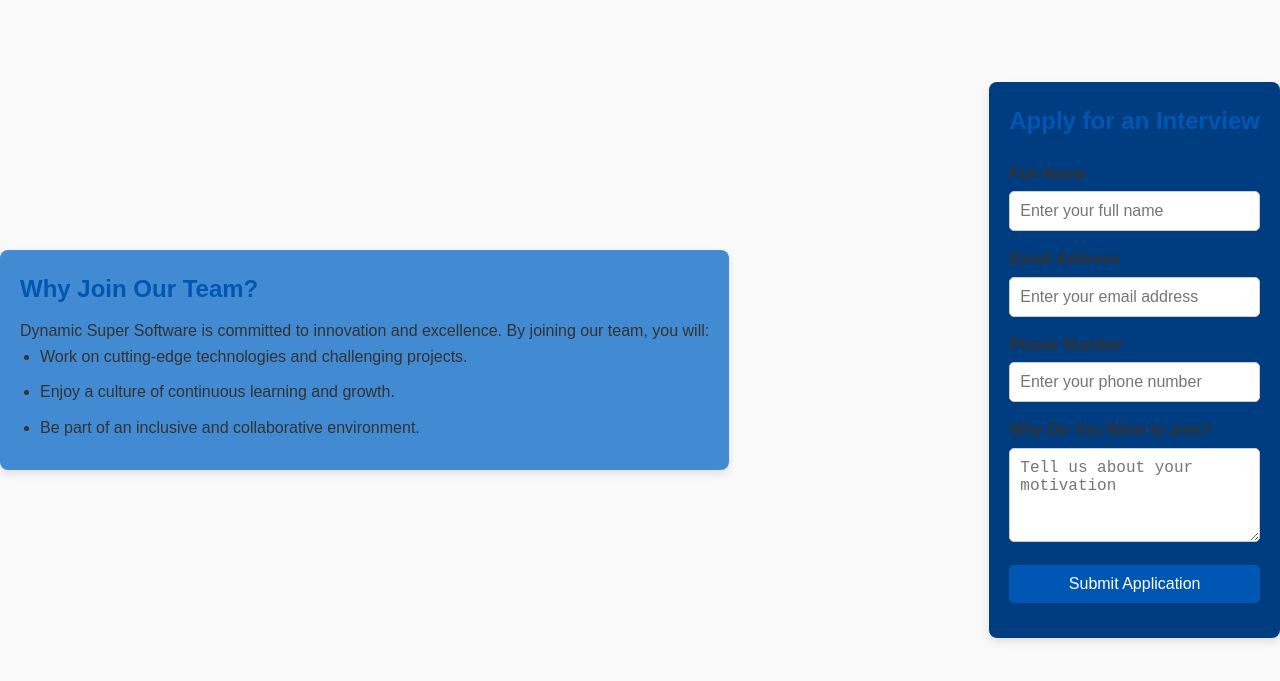
Repository: abhibkop27/CIMDR
Page: src/sample.html
An editor plug-in stored every save of this project. The page is shown before and after the next save, followed by the edit.
The browser window is 1280 px wide. The pictures show the whole page.

Above is the page before, as saved 2025-01-20 15:59:59.

### src/sample.html
<!DOCTYPE html>
<html lang="en">
<head>
    <meta charset="UTF-8">
    <meta name="viewport" content="width=device-width, initial-scale=1.0">
    <title>Interview Form</title>
    <style>
        /* Reset and Body Styling */
        * {
            margin: 0;
            padding: 0;
            box-sizing: border-box;
        }
        body {
            font-family: Arial, sans-serif;
            line-height: 1.6;
            background-color: #f9f9f9;
            color: #333;
            display: flex;


        }
        .content {
            width: 100%;
            height: 100vh;
            display: flex;
            justify-content: space-between;
            align-items: center;
            gap: 20px;
        }
        .info-section, .form-section {
            background: #fff;
            border-radius: 8px;
            box-shadow: 0 4px 8px rgba(0, 0, 0, 0.1);
            padding: 20px;
        }
        .info-section {
            background: #428ad1;
        }
        .info-section h2 {
            color: #0056b3;
            margin-bottom: 10px;
        }
        .info-section ul {
            list-style: disc;
            padding-left: 20px;
        }
        .info-section ul li {
            margin-bottom: 10px;
        }

    .form-section{
        background-color: #003d80;
    }

        .form-section h2 {
            margin-bottom: 20px;
            color: #0056b3;
        }
        form .form-group {
            margin-bottom: 15px;
        }
        form label {
            display: block;
            margin-bottom: 5px;
            font-weight: bold;
        }
        form input, form textarea, form button {
            width: 100%;
            padding: 10px;
            border: 1px solid #ccc;
            border-radius: 5px;
            font-size: 16px;
        }
        form button {
            background-color: #0056b3;
            color: #fff;
            border: none;
            cursor: pointer;
            transition: background 0.3s;
        }
        form button:hover {
            background-color: #003d80;
        }
    </style>
</head>
<body>
    <div class="content">
        <!-- Information Section -->
        <div class="info-section">
            <h2>Why Join Our Team?</h2>
            <p>Dynamic Super Software is committed to innovation and excellence. By joining our team, you will:</p>
            <ul>
                <li>Work on cutting-edge technologies and challenging projects.</li>
                <li>Enjoy a culture of continuous learning and growth.</li>
                <li>Be part of an inclusive and collaborative environment.</li>
            </ul>
        </div>

        <!-- Form Section -->
        <div class="form-section">
            <h2>Apply for an Interview</h2>
            <form action="https://api.web3forms.com/submit" method="POST">
                <input type="hidden" name="apikey" value="YOUR_API_KEY">
                <div class="form-group">
                    <label for="name">Full Name</label>
                    <input type="text" id="name" name="name" placeholder="Enter your full name" required>
                </div>
                <div class="form-group">
                    <label for="email">Email Address</label>
                    <input type="email" id="email" name="email" placeholder="Enter your email address" required>
                </div>
                <div class="form-group">
                    <label for="phone">Phone Number</label>
                    <input type="tel" id="phone" name="phone" placeholder="Enter your phone number" required>
                </div>
                <div class="form-group">
                    <label for="message">Why Do You Want to Join?</label>
                    <textarea id="message" name="message" placeholder="Tell us about your motivation" rows="4" required></textarea>
                </div>
                <div class="form-group">
                    <button type="submit">Submit Application</button>
                </div>
            </form>
        </div>
    </div>
</body>
</html>

After the next save:
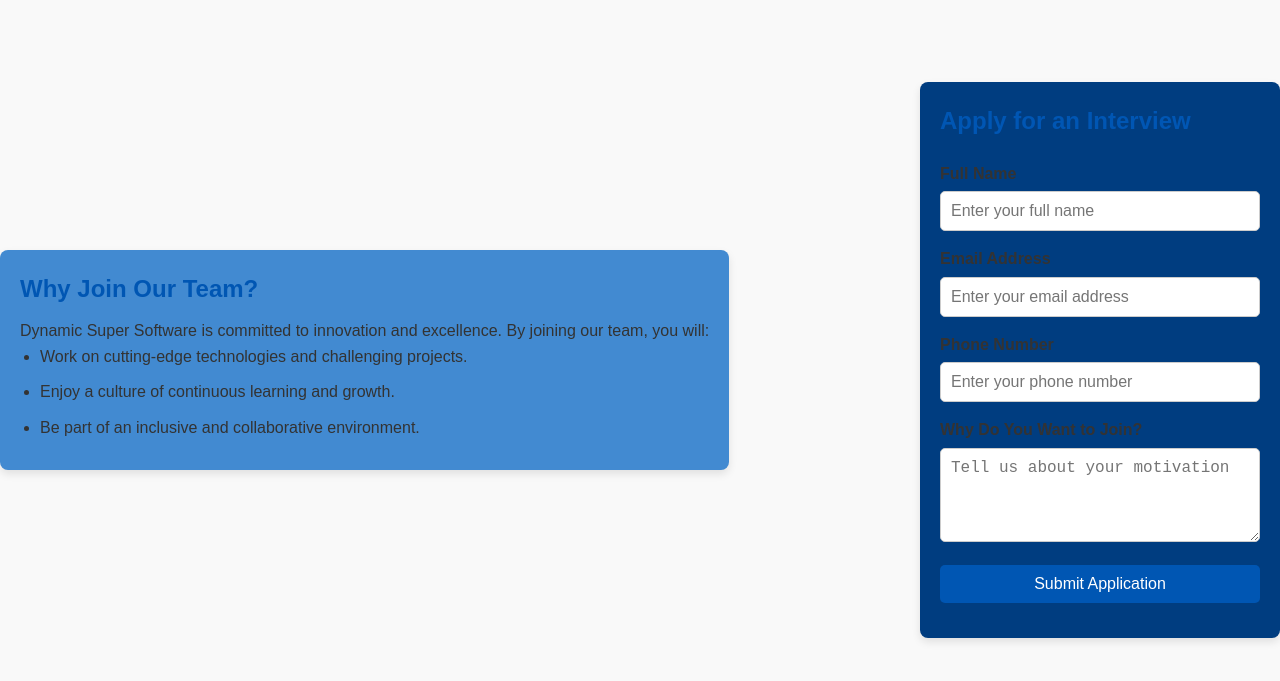
Saved 15 s later.
--- a/src/sample.html
+++ b/src/sample.html
@@ -51,6 +51,7 @@
 
     .form-section{
         background-color: #003d80;
+        width: 50vh;
     }
 
         .form-section h2 {
